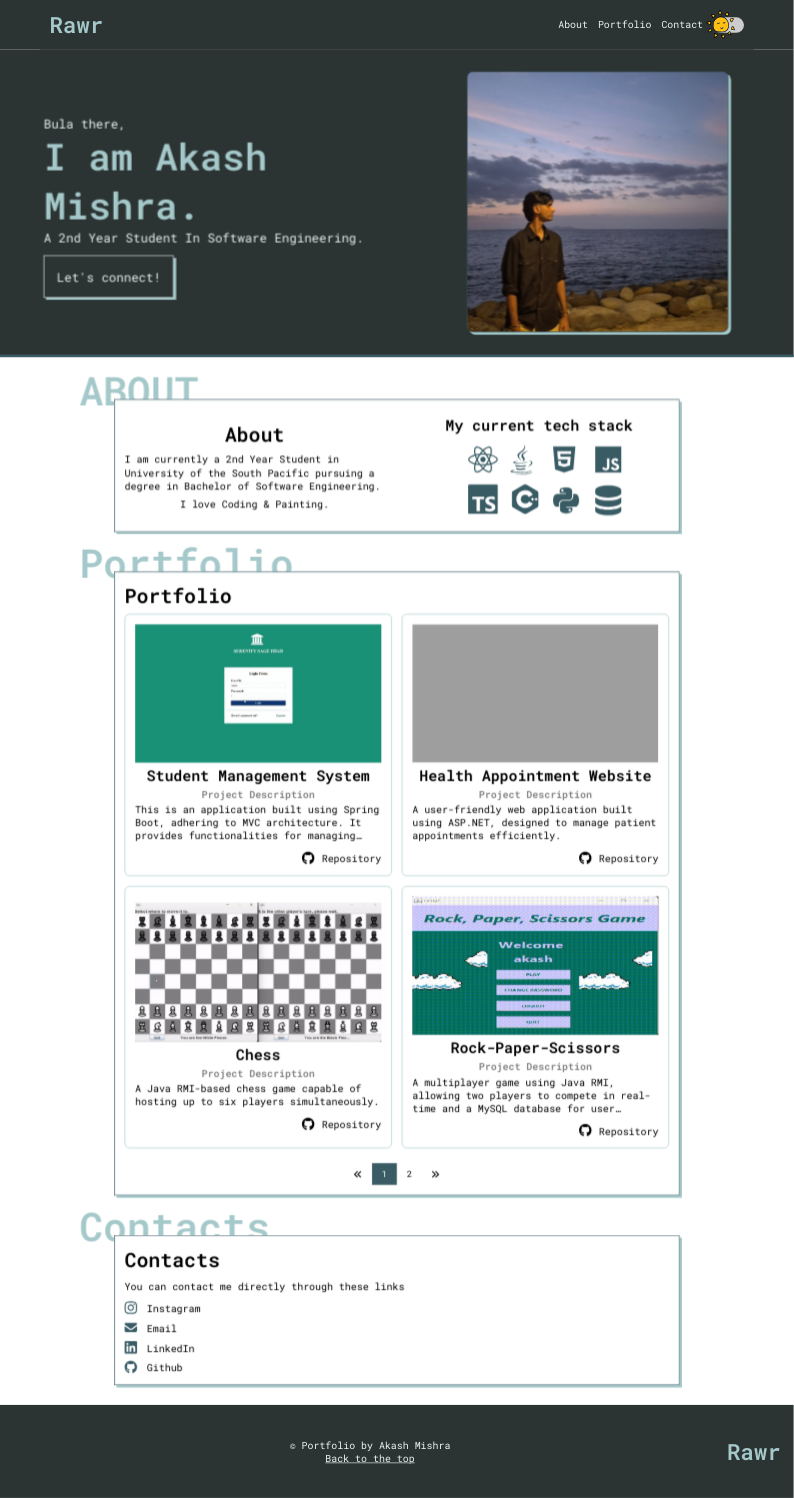
Repository: akashrawr/portfolio
Page: /
An editor plug-in stored every save of this project. The page is shown before and after the next save, followed by the edit.
The browser window is 1280 px wide. The pictures show the whole page, at 62% of full size.
Pictures or frames that could not be fetched are drawn as grey boxes. The project was rebuilt for these pictures with package versions that can differ from the ones it lists, and the page was loaded fresh each time.

Above is the page before, as saved 2024-12-16 12:23:54.

After the next save:
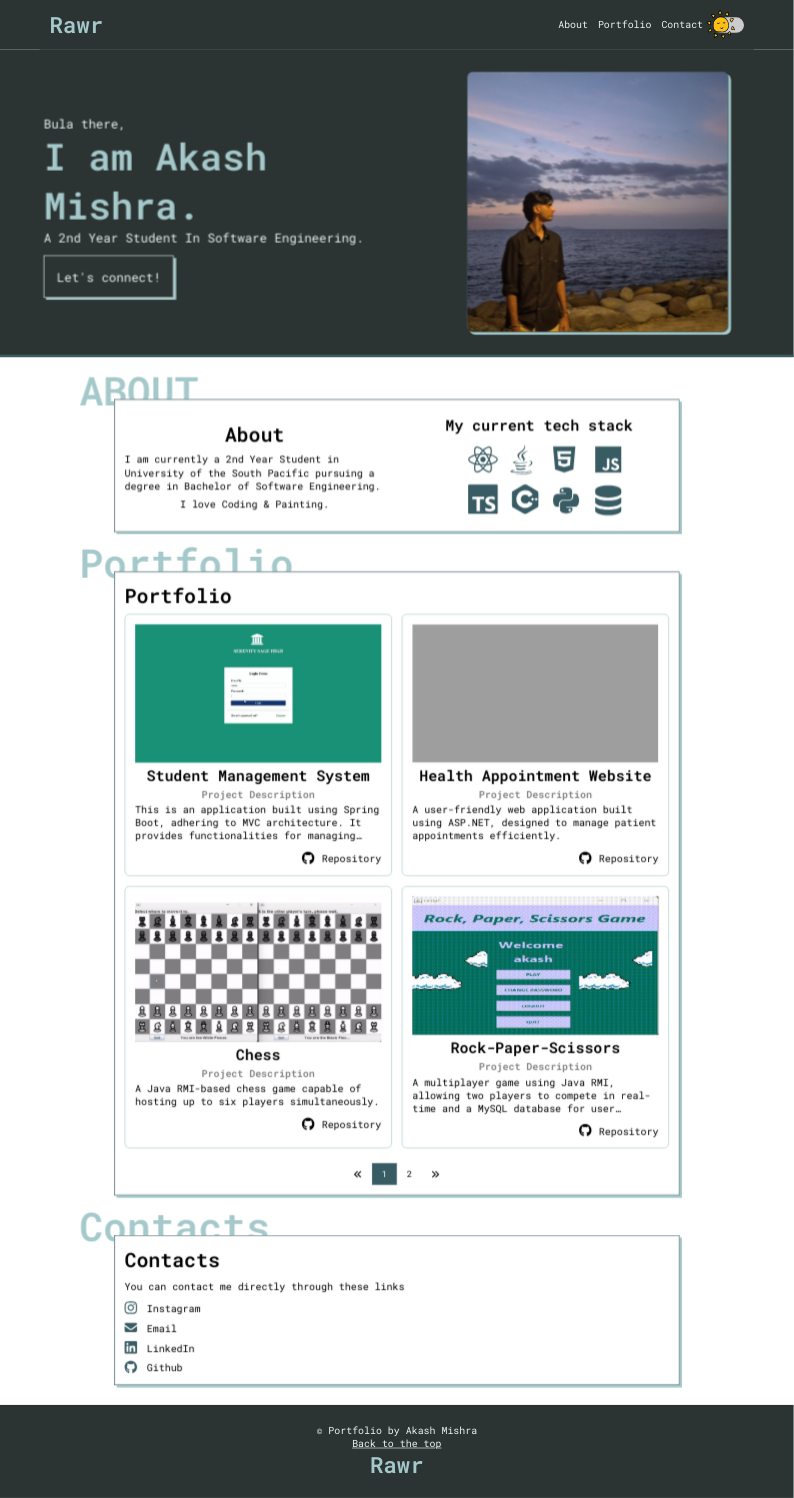
Saved 70 s later.
--- a/src/components/Footer.js
+++ b/src/components/Footer.js
@@ -6,10 +6,11 @@ function Footer() {
       <div className="footer-content">
         © Portfolio by Akash Mishra <br/>
         <a href="#hero">Back to the top</a>
-      </div>
-      <div className="nav-logo">
+        <div className="nav-logo">
           <h1>Rawr</h1>
         </div>
+      </div>
+
     </footer>
   );
 }
